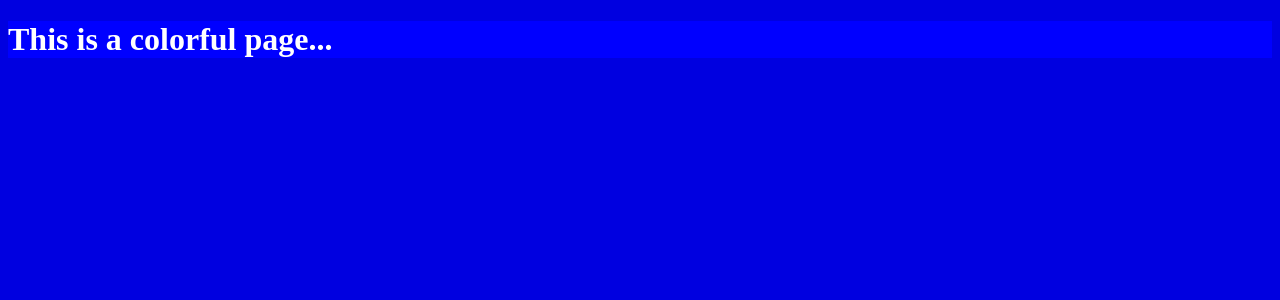
Repository: ShrikantSarode/AdvanceJava
Page: AJ backup/Web Based Java/Workspace/Web_Project/src/main/webapp/color.html
An editor plug-in stored every save of this project. The page is shown before and after the next save, followed by the edit.
The browser window is 1280 px wide. The pictures show the whole page.

Above is the page before, as saved 2024-11-29 07:23:09.

After the next save:
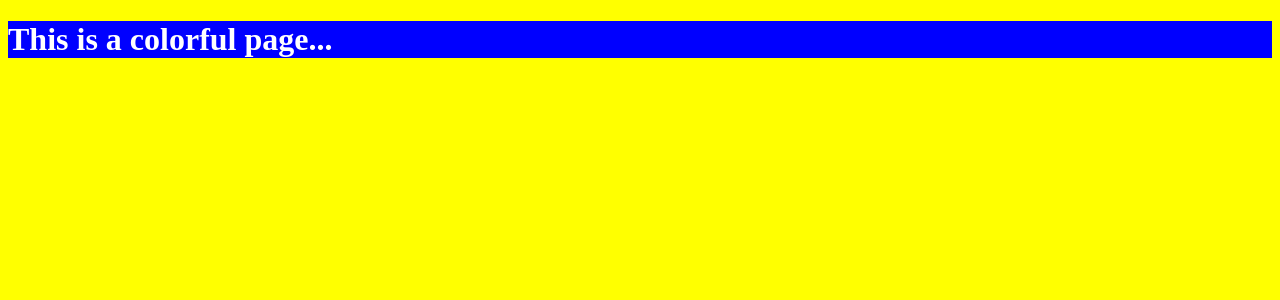
Saved 19 s later.
--- a/AJ backup/Web Based Java/Workspace/Web_Project/src/main/webapp/color.html
+++ b/AJ backup/Web Based Java/Workspace/Web_Project/src/main/webapp/color.html
@@ -1,6 +1,6 @@
 <!DOCTYPE html>
 <html>
-<body bgcolor="lightviolet">
+<body bgcolor="yellow">
 	<h1 style="color: white; background-color: blue">This is a
 		colorful page...</h1>
 
